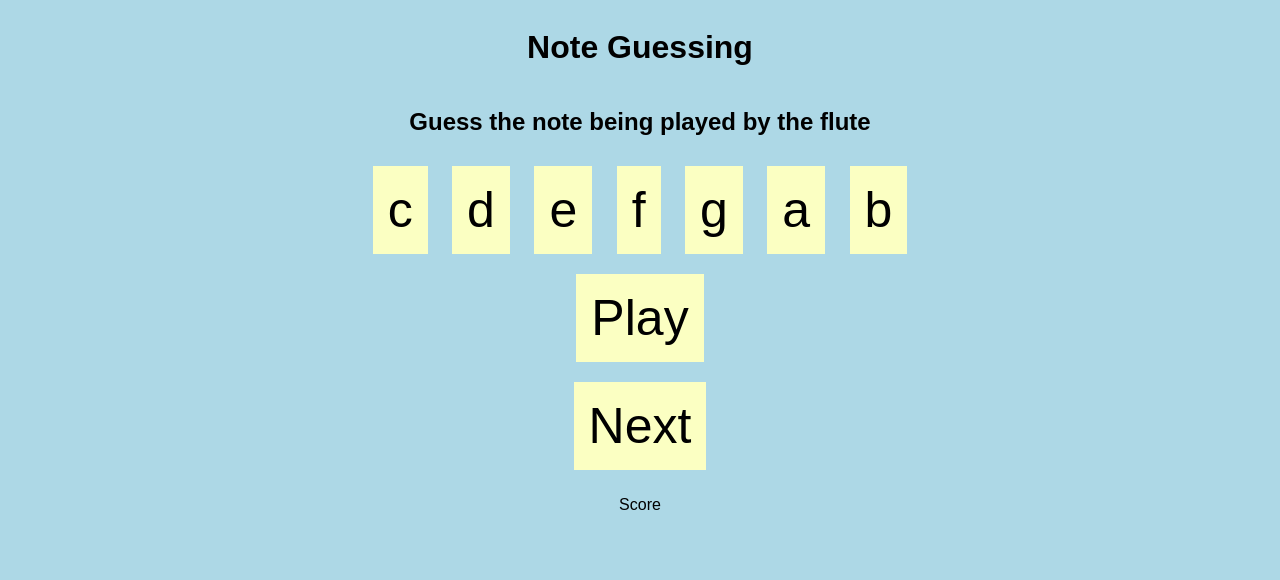
Repository: nerdsgummyclusters/portfolio
Page: Lesson8/flutenote.html
The author's editor kept a copy of each file at every save. The page is drawn from the files as they stood at one save, then again after the next save.
The browser window is 1280 px wide. The pictures show the whole page.
Some web fonts or font styles are not loaded; a fallback is used.

Above is the page before, as saved 2025-11-13 23:54:22.

After the next save:
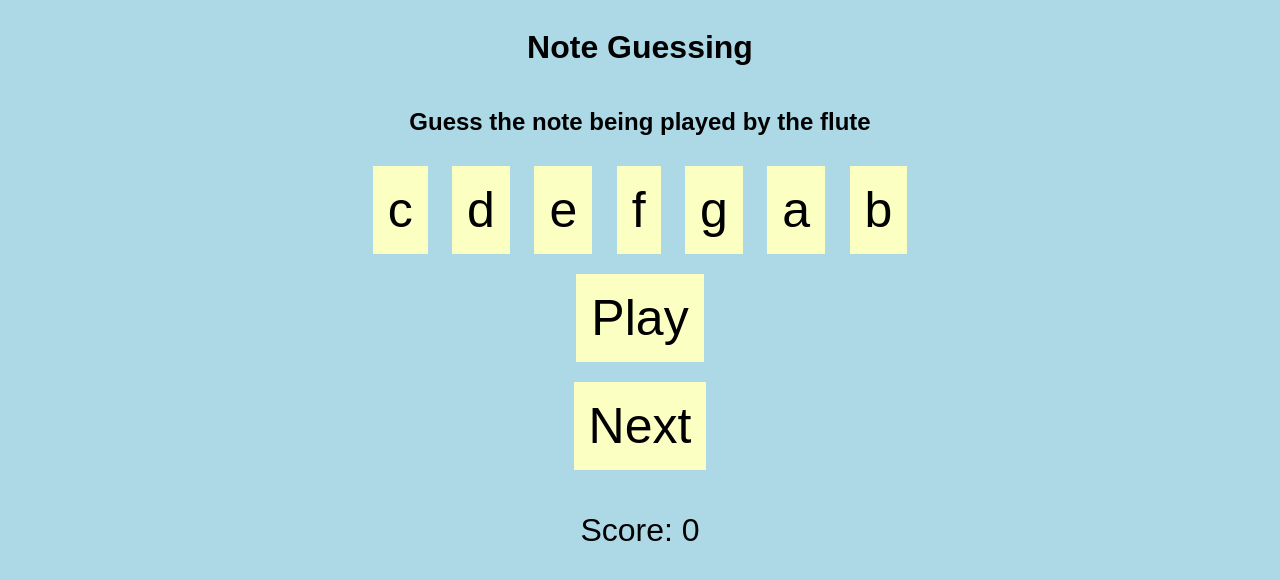
Saved 48 s later.
--- a/Lesson8/flutenote.html
+++ b/Lesson8/flutenote.html
@@ -24,7 +24,7 @@
  </div>
    <button onclick="playAudio()" id="Play">Play</button>
    <button id="Next" onclick="next()">Next</button>
-  <p id="score">Score</p>
+  <p id="score">Score: 0</p>
   <script src="flutenote.js"> </script>
 </body>
 </html>
--- a/Lesson8/flutenote.css
+++ b/Lesson8/flutenote.css
@@ -18,3 +18,7 @@ button {
 button:hover {
 	cursor: pointer;
 }
+
+#score {
+	font-size: 2rem;
+}
